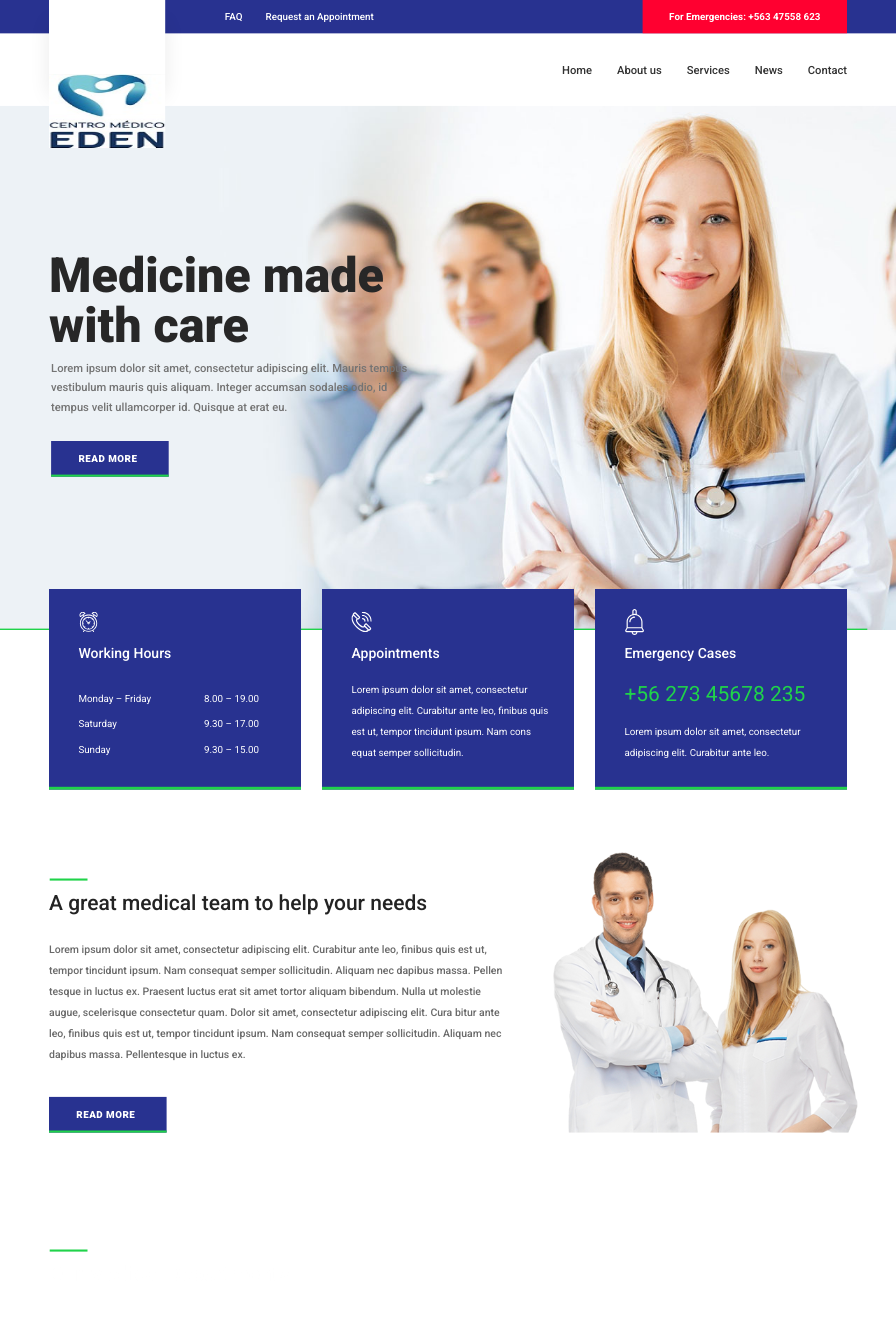
Repository: Nanitamo/centro-medico-eden-webpage
Page: index.html
The author's editor kept a copy of each file at every save. The page is drawn from the files as they stood at one save, then again after a run of saves.
The browser window is 1280 px wide. The pictures show the part of the page from y = 0 to 1920 px (the page is 4535 px tall), at 70% of full size.

Above is the page before, as saved 2020-06-18 13:03:59.

After the next 2 saves:
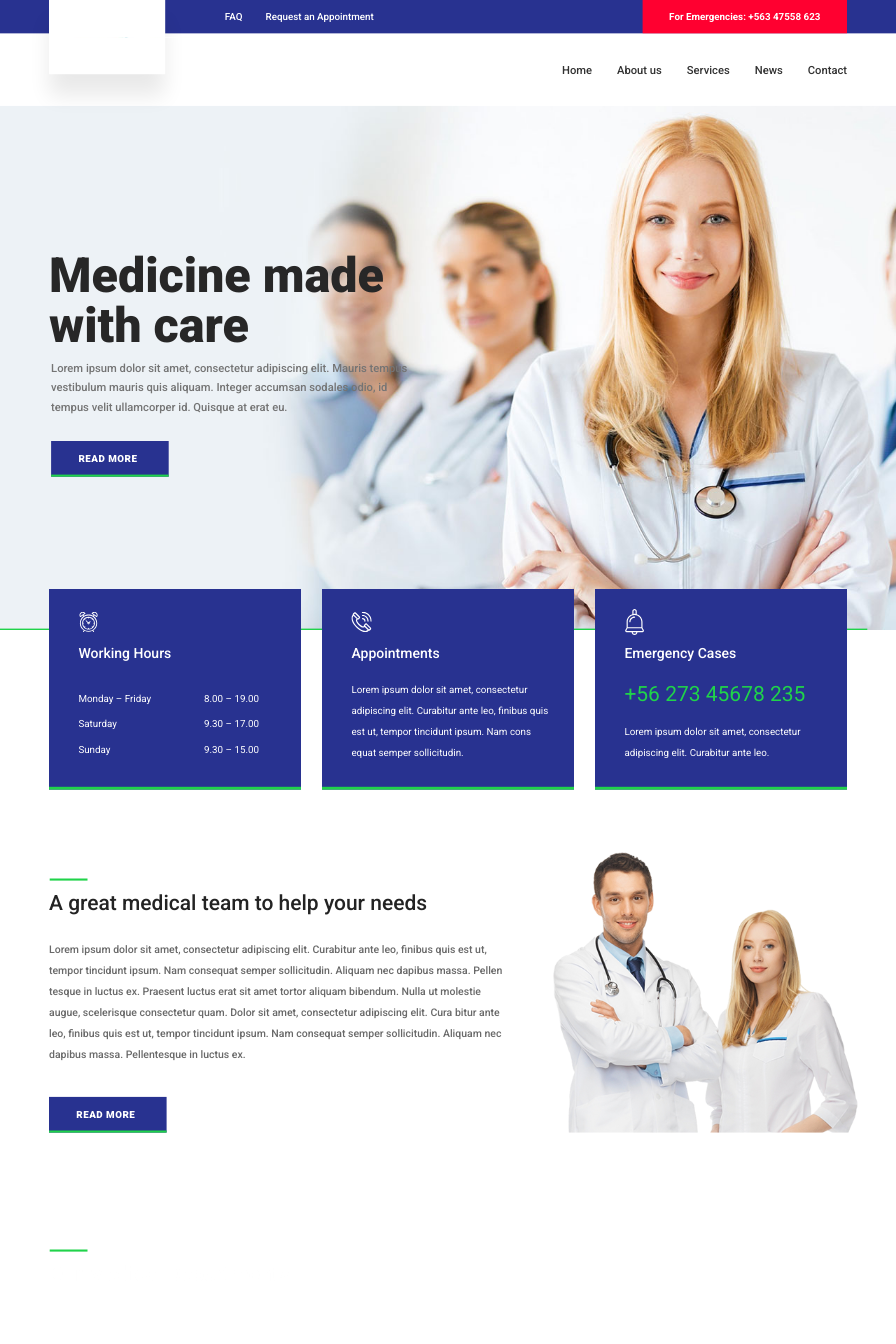
The 2 saves are shown as one change because they came seconds apart.
The last was saved 22 s later.
--- a/index.html
+++ b/index.html
@@ -67,14 +67,14 @@
 					<div class="col">
 						<div class="logo_container">
 							<a href="#">
-								<div class="logo_content d-flex flex-column align-items-start justify-content-center"></div>
+								<div class="logo_content d-flex flex-column align-items-start justify-content-center">
 									<!-- <div class="logo_line"></div>
 									<div class="logo d-flex flex-row align-items-center justify-content-center">
 										<div class="logo_text">Care<span>Med</span></div>
 										<div class="logo_box">+</div>
 									</div>
 									<div class="logo_sub">Health Care Center</div> -->
-									<img src="./images/logo.jpg" alt="Logotipo" width ="166" height="106">
+									<img src="./images/logo.jpg" alt="Logotipo" width ="166" height="1">
 								</div>
 							</a>
 						</div>
